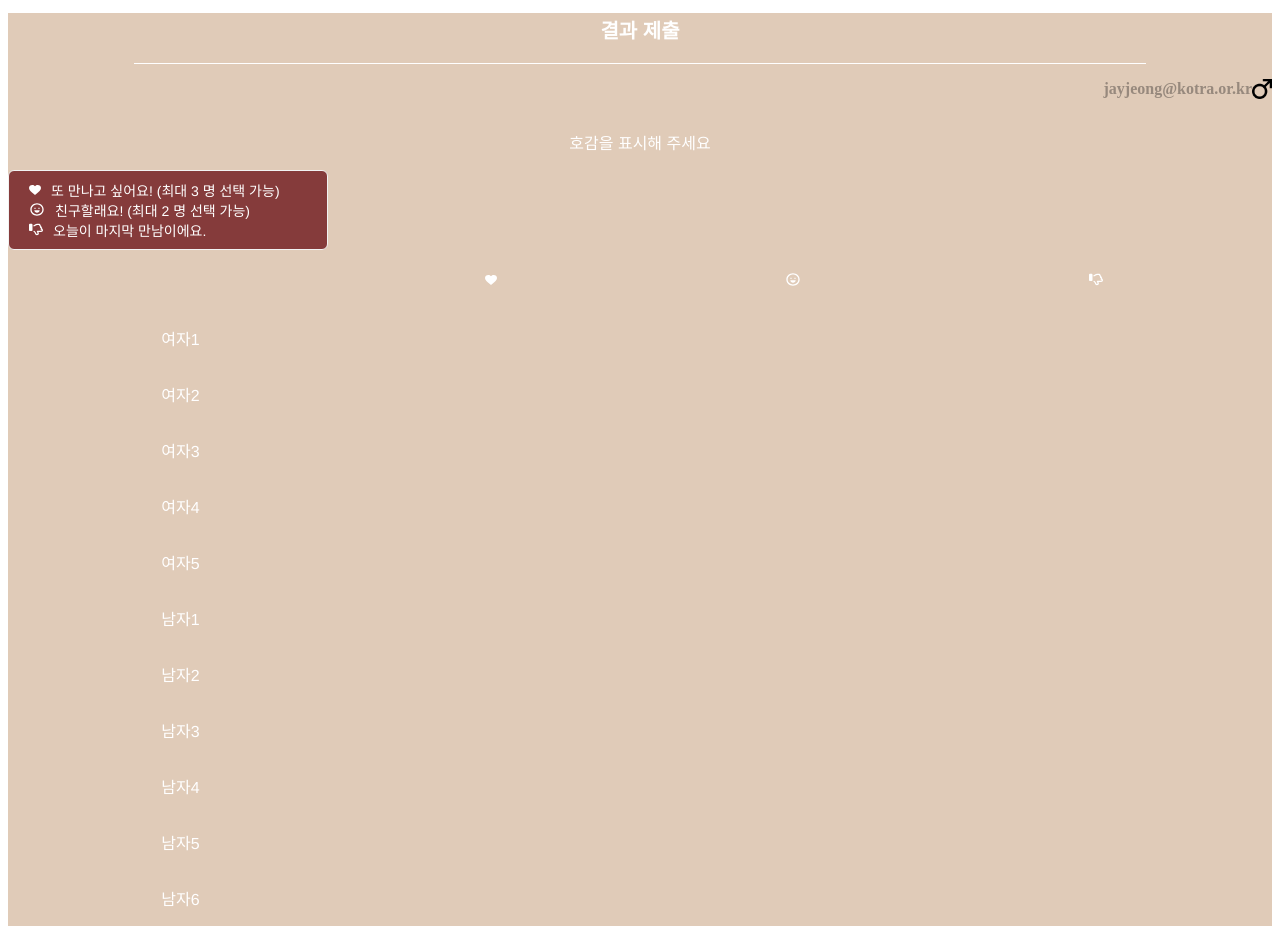
Repository: Jay-Jeong1988/speed_dating_pwa
Page: /submit_result
These files come from the project's save history. The page is drawn as it stood at one moment and after a run of saves; the edit follows.
The browser window is 1280 px wide. The pictures show the whole page.
The project was rebuilt for these pictures with package versions that can differ from the ones it lists, and the page was loaded fresh each time. Also part of the build but not shown: vue.config.js, src/views/LoginPage.vue, src/views/DashBoard.vue, src/components/no_reservation_card.vue, src/views/BookedEventsPage.vue.

Above is the page before, as saved 2023-02-11 23:18:11.

After the next 2 saves:
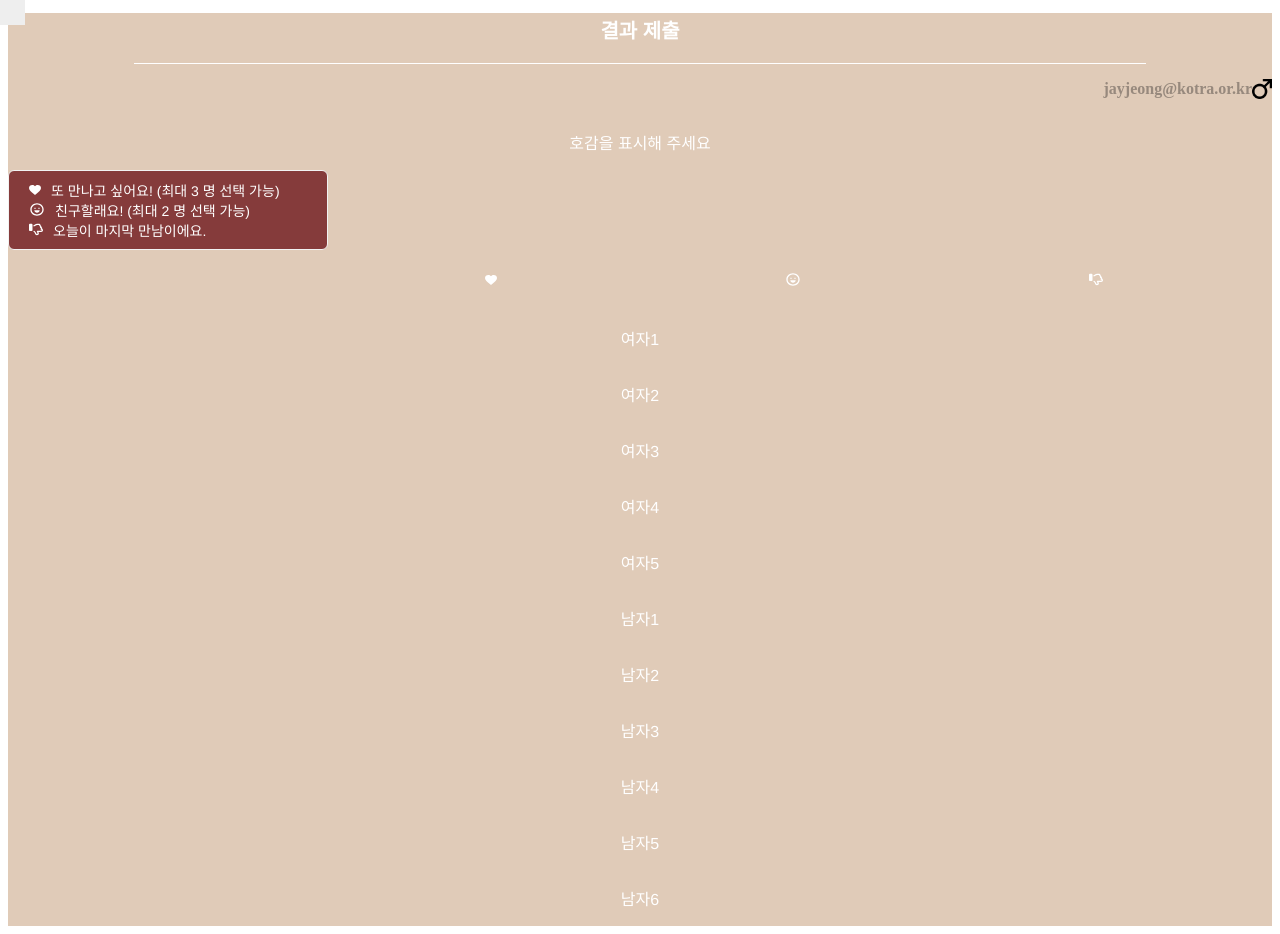
The 2 saves are shown as one change because they came seconds apart.
The last was saved 20 s later.
--- a/src/views/SubmitResultPage.vue
+++ b/src/views/SubmitResultPage.vue
@@ -108,7 +108,12 @@ export default {
       width: 0;
     }
     .custom-radio {
-
+      position: absolute;
+      top: 0;
+      left: 0;
+      height: 25px;
+      width: 25px;
+      background-color: #eee;
     }
   }
 }
